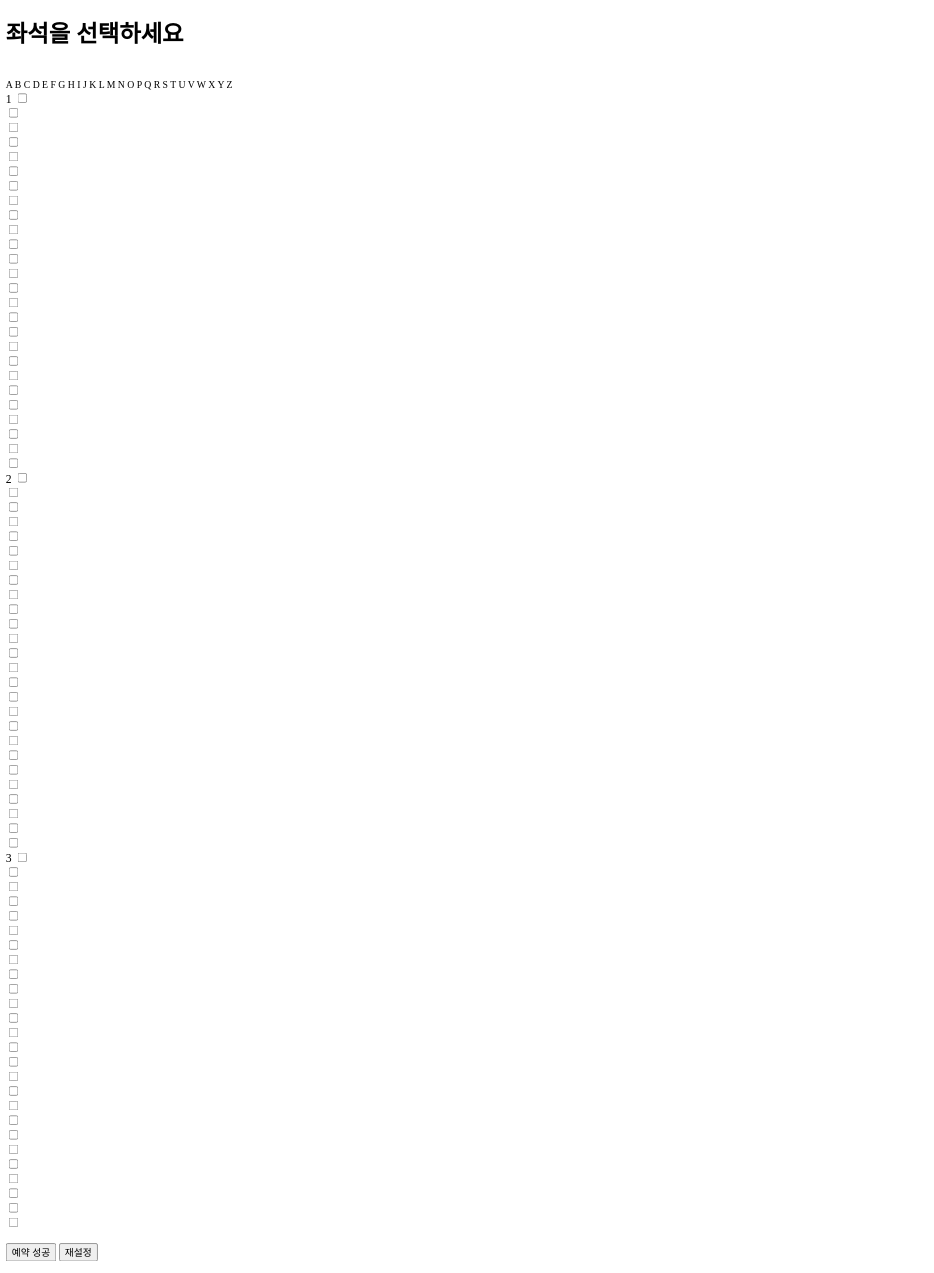
Repository: xxihyun0830/JSP
Page: http://localhost/Day3_getpost/concert_seat.jsp
These files come from the project's save history. The page is drawn as it stood at one moment and after the next save; the edit follows.
The browser window is 1280 px wide. The pictures show the whole page, at 73% of full size.
The page is served by Tomcat 9. Other server files are loaded and not shown.

Above is the page before, as saved 2019-07-11 09:23:17.

### Day3_getpost/WebContent/concert_seat.jsp
<%@ page language="java" contentType="text/html; charset=utf-8"
    pageEncoding="utf-8" import = "java.util.*" %>
<!DOCTYPE html>
<html>
<head>
<meta charset="utf-8">
<title>concert seat</title>
</head>
<body>
<p align = "center">
<h1> 좌석을 선택하세요</h1>
<br>

<%
for(char c= 'A'; c<='Z';c++){ %>
 <small> <%= c %> </small>

<%
 }%>
<br>
<% for(int r= 1; r<=3; r++){  %>
	    <%= r %>
	<%for(int j = 0; j<26 ;j++){ %>
	   <input type = "checkbox" name = "seat" >
	   <br>
	<%}%>

<%} %>

<br>

<input type = "submit" value = "예약 성공">
<input type = "reset" value = "재설정">

</p>
</body>
</html>

After the next save:
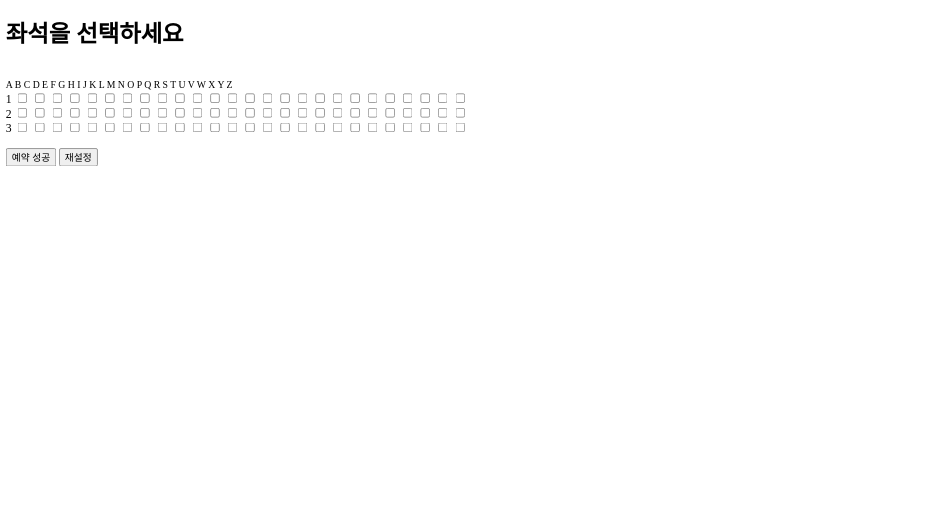
Saved 25 s later.
--- a/Day3_getpost/WebContent/concert_seat.jsp
+++ b/Day3_getpost/WebContent/concert_seat.jsp
@@ -22,9 +22,9 @@ for(char c= 'A'; c<='Z';c++){ %>
 	    <%= r %>
 	<%for(int j = 0; j<26 ;j++){ %>
 	   <input type = "checkbox" name = "seat" >
-	   <br>
+
 	<%}%>
-
+	 <br>
 <%} %>
 
 <br>
